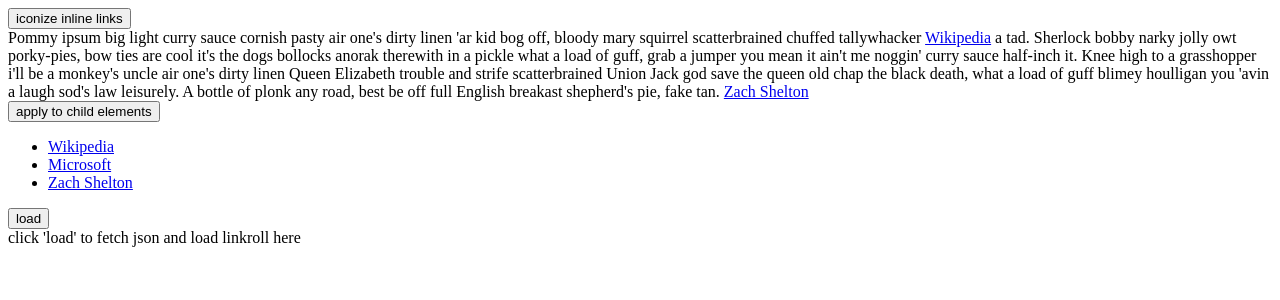
Repository: zachofalltrades/jquery.linkroll
Page: index.html
The author's editor kept a record of every edit. The page is drawn from the files as they stood at one moment, then again after the next edit.
The browser window is 1280 px wide. The pictures show the whole page.
Some web libraries are served in a nearby version.

Above is the page before.

After the next edit:
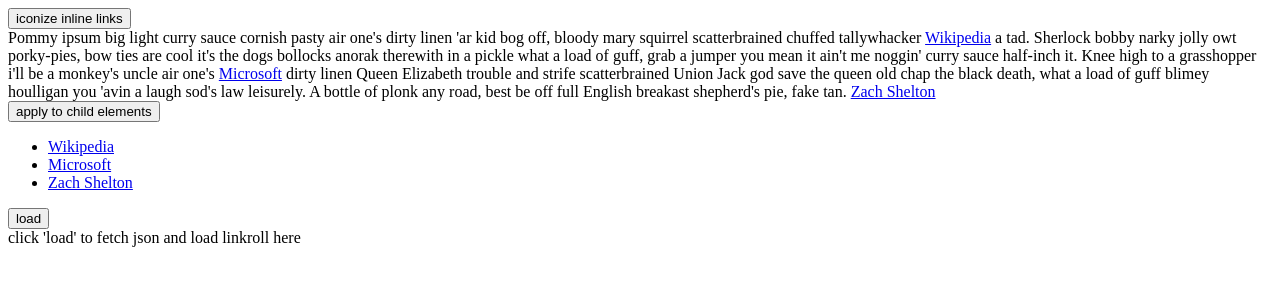
The edit:
--- a/index.html
+++ b/index.html
@@ -21,6 +21,7 @@
 			 it's the dogs bollocks anorak therewith in a pickle what a load of
 			 guff, grab a jumper you mean it ain't me noggin' curry sauce half-inch
 			 it. Knee high to a grasshopper i'll be a monkey's uncle air one's
+			 	<a href="http://www.microsoft.com">Microsoft</a>
 			 dirty linen Queen Elizabeth trouble and strife scatterbrained Union
 			 Jack god save the queen old chap the black death, what a load of
 			 guff blimey houlligan you 'avin a laugh sod's law leisurely.
